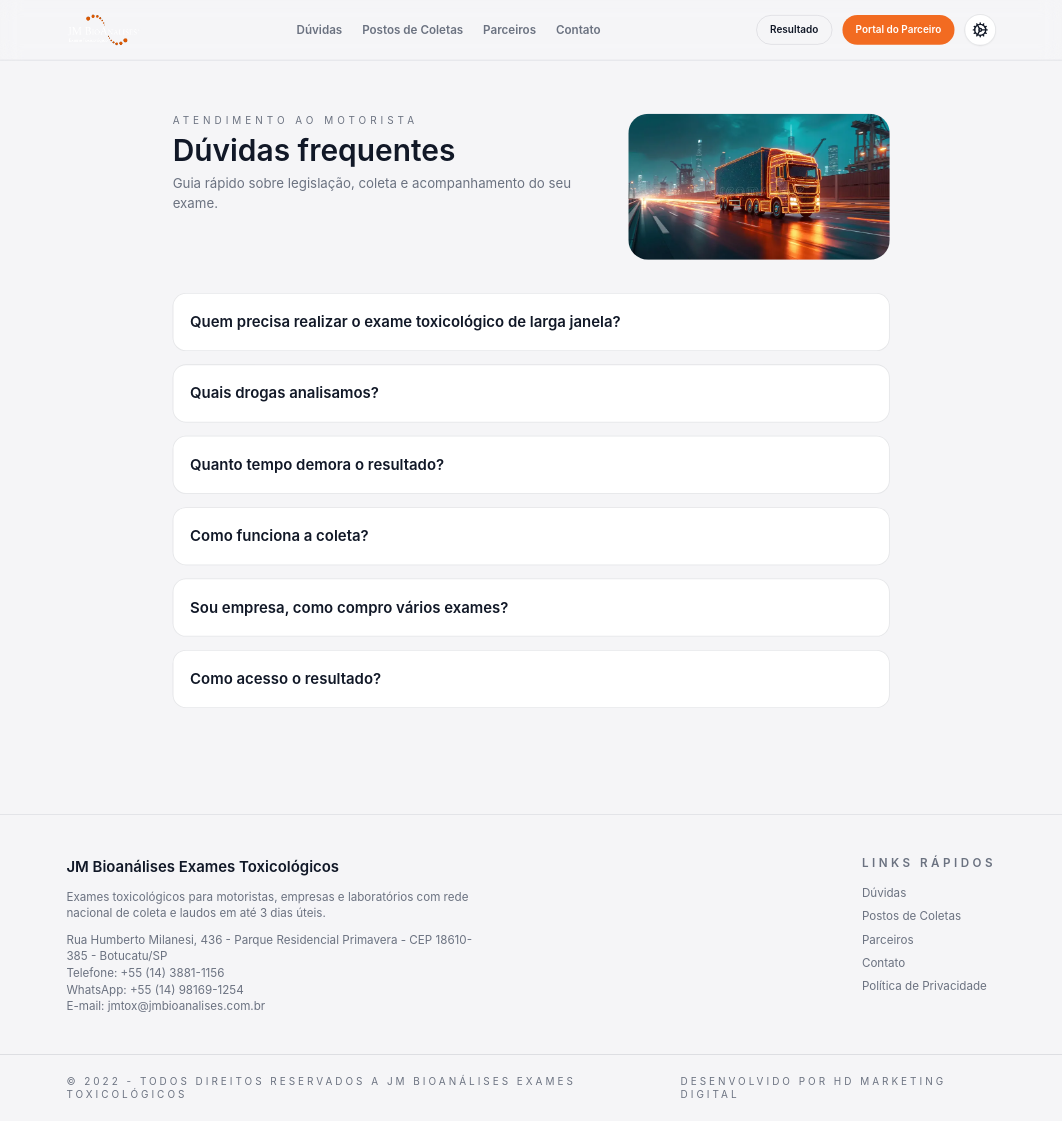
Repository: 1xLab/cat1
Page: /duvidas-frequentes
The author's editor kept a copy of each file at every save. The page is drawn from the files as they stood at one save, then again after the next save.
The browser window is 1280 px wide. The pictures show the whole page, at 83% of full size.
The page's requests for data from a server got no answer. The project was rebuilt for these pictures with package versions that can differ from the ones it lists, and the page was loaded fresh each time. The framework's server and built-in components were replaced by stand-ins that run in the browser. No one was signed in, and anything a server would have sent is missing. Also part of the build but not shown: next.config.ts.

Above is the page before, as saved 2025-11-19 21:20:09.

### src/app/layout.tsx
import type { Metadata } from "next";
import { Geist, Geist_Mono } from "next/font/google";
import "./globals.css";

import { Header } from "@/components/layout/header";
import { Footer } from "@/components/layout/footer";
import { baseMetadata } from "@/lib/seo";
import { LabSchema } from "@/components/seo/lab-schema";
import { TagManager } from "@/components/analytics/tag-manager";

const geistSans = Geist({
  variable: "--font-geist-sans",
  subsets: ["latin"],
});

const geistMono = Geist_Mono({
  variable: "--font-geist-mono",
  subsets: ["latin"],
});

export const metadata: Metadata = baseMetadata;

export default function RootLayout({
  children,
}: Readonly<{
  children: React.ReactNode;
}>) {
  return (
    <html lang="pt-BR" data-theme="sunrise">
      <body className={`${geistSans.variable} ${geistMono.variable} antialiased`}>
        <TagManager />
        <LabSchema />
        <Header />
        <main className="min-h-screen bg-[var(--color-bg)] text-[var(--color-text)]">
          {children}
        </main>
        <Footer />
      </body>
    </html>
  );
}

### src/app/duvidas-frequentes/page.tsx
import Image from "next/image";
import type { Metadata } from "next";

const illustration = "/imagens/caminhao1.jpg";

const faqs = [
  {
    question: "Quem precisa realizar o exame toxicológico de larga janela?",
    answer:
      "Motoristas das categorias C, D e E que vão emitir, renovar ou alterar a CNH e profissionais CLT dessas categorias nos processos de admissão e desligamento previstos na Lei do Motorista (Lei 13.103/15) e Portaria 116 do Ministério do Trabalho.",
  },
  {
    question: "Quais drogas analisamos?",
    answer:
      "Seguimos o painel exigido pelo DENATRAN: cocaína e derivados, maconha e derivados, anfetaminas, metanfetaminas, ecstasy (MDMA/MDA), opiáceos (codeína, morfina, heroína) e anorexígenos (anfetamina, mazindol, femproporex).",
  },
  {
    question: "Quanto tempo demora o resultado?",
    answer:
      "Após a amostra chegar ao laboratório liberamos o laudo digital em até 3 dias úteis. Em regiões remotas ou com alto volume o prazo pode chegar a 5 dias úteis, mas sempre informamos o status no portal.",
  },
  {
    question: "Como funciona a coleta?",
    answer:
      "Coletamos preferencialmente cabelo com pelo menos 4 cm próximo à raiz. Se o motorista estiver sem cabelo suficiente usamos pelos do corpo (axila, tórax, pernas etc.). A ausência total de pelos inviabiliza o exame.",
  },
  {
    question: "Sou empresa, como compro vários exames?",
    answer:
      "Entre em contato com nosso time comercial para planos corporativos. Entregamos vouchers centralizados, relatórios para o CAGED e suporte para auditorias de segurança.",
  },
  {
    question: "Como acesso o resultado?",
    answer:
      "Use o botão Resultado no topo do site, informe CPF e senha e acompanhe o status. Também enviamos alertas por e-mail e WhatsApp quando o laudo está disponível.",
  },
];

export const metadata: Metadata = {
  title: "Dúvidas frequentes | JM Tox",
};

export default function DuvidasPage() {
  return (
    <section className="mx-auto max-w-4xl px-4 py-16">
      <div className="grid gap-6 md:grid-cols-[1fr_0.6fr]">
        <div className="space-y-2">
          <p className="text-xs uppercase tracking-[0.4em] text-[var(--color-text-muted)]">
            Atendimento ao motorista
          </p>
          <h1 className="text-4xl font-semibold text-[var(--color-text)]">
            Dúvidas frequentes
          </h1>
          <p className="text-[var(--color-text-muted)]">
            Guia rápido sobre legislação, coleta e acompanhamento do seu exame.
          </p>
        </div>
        <div className="relative h-44 rounded-3xl">
          <Image
            src={illustration}
            alt="Ilustração de caminhão à noite"
            fill
            className="rounded-3xl object-cover"
            sizes="(min-width: 768px) 250px, 100vw"
          />
        </div>
      </div>
      <div className="mt-10 space-y-4">
        {faqs.map((faq) => (
          <details
            key={faq.question}
            className="rounded-2xl border border-[var(--color-outline)] bg-[var(--color-surface)] p-5"
          >
            <summary className="cursor-pointer list-none text-lg font-semibold text-[var(--color-text)]">
              {faq.question}
            </summary>
            <p className="mt-3 text-sm text-[var(--color-text-muted)]">
              {faq.answer}
            </p>
          </details>
        ))}
      </div>
    </section>
  );
}

### src/app/globals.css
@tailwind base;
@tailwind components;
@tailwind utilities;

:root {
  --color-bg: #f5f5f7;
  --color-surface: #ffffff;
  --color-text: #111827;
  --color-text-muted: #6b7280;
  --color-primary: #f26b21;
  --color-primary-dark: #c65310;
  --color-header: #050608;
  --color-outline: rgba(15, 23, 42, 0.1);
}

[data-theme="sunrise"] {
  --color-bg: #f5f5f7;
  --color-surface: #ffffff;
  --color-text: #111827;
  --color-text-muted: #6b7280;
  --color-primary: #f26b21;
  --color-primary-dark: #c65310;
  --color-header: #050608;
}

[data-theme="midnight"] {
  --color-bg: #050608;
  --color-surface: #111827;
  --color-text: #f9fafb;
  --color-text-muted: #9ca3af;
  --color-primary: #f26b21;
  --color-primary-dark: #f26b21;
  --color-header: #000000;
  --color-outline: rgba(255, 255, 255, 0.1);
}

[data-theme="clinical"] {
  --color-bg: #f3f6fb;
  --color-surface: #ffffff;
  --color-text: #0f172a;
  --color-text-muted: #3f4d63;
  --color-primary: #2563eb;
  --color-primary-dark: #1d4ed8;
  --color-header: #0f172a;
  --color-outline: rgba(15, 23, 42, 0.08);
}

[data-theme="high-contrast"] {
  --color-bg: #000000;
  --color-surface: #000000;
  --color-text: #ffffff;
  --color-text-muted: #f3f4f6;
  --color-primary: #ffbf00;
  --color-primary-dark: #f59e0b;
  --color-header: #000000;
  --color-outline: rgba(255, 255, 255, 0.2);
}

[data-theme="dark"] {
  --color-bg: #111436;
  --color-surface: rgba(255, 255, 255, 0.08);
  --color-text: #fefefe;
  --color-text-muted: #d4ddff;
  --color-primary: #f97316;
  --color-primary-dark: #ea580c;
  --color-header: rgba(17, 20, 54, 0.9);
  --color-outline: rgba(255, 255, 255, 0.2);
}

@layer base {
  * {
    box-sizing: border-box;
  }

  body {
    background: var(--color-bg);
    color: var(--color-text);
    font-family: "Inter", system-ui, -apple-system, BlinkMacSystemFont,
      "Segoe UI", sans-serif;
    min-height: 100vh;
  }
}

@layer utilities {
  .text-balance {
    text-wrap: balance;
  }

  .glass-panel {
    background: color-mix(in srgb, var(--color-surface) 90%, transparent);
    backdrop-filter: blur(18px);
    border: 1px solid color-mix(in srgb, var(--color-outline) 80%, transparent);
    border-radius: 1.5rem;
    box-shadow: 0 15px 45px rgba(15, 23, 42, 0.12);
  }
}

### src/components/layout/header.tsx
import Image from "next/image";
import Link from "next/link";
import { ThemeSwitcher } from "@/components/theme-switcher";
import { Button } from "@/components/ui/button";

const navItems = [
  { label: "Dúvidas", href: "/duvidas-frequentes" },
  { label: "Postos de Coletas", href: "/postos-de-coletas" },
  { label: "Parceiros", href: "/parceiros" },
  { label: "Contato", href: "/contato" },
];

export function Header() {
  return (
    <header className="sticky top-0 z-40 border-b border-[var(--color-outline)] bg-[var(--color-header)]/15 backdrop-blur-md">
      <div className="container mx-auto flex max-w-6xl items-center justify-between gap-4 px-4 py-4">
        <Link href="/" className="flex items-center gap-3">
          <Image
            src="/logo-jm-bioanalises-branco.png"
            alt="JM Bioanálises"
            width={150}
            height={42}
            className="h-10 w-auto"
            priority
          />
          <span className="sr-only">JM Bioanálises</span>
        </Link>
        <nav className="hidden items-center gap-6 text-sm font-semibold text-[var(--color-text-muted)] lg:flex">
          {navItems.map((item) => (
            <Link
              key={item.href}
              href={item.href}
              className="transition hover:text-[var(--color-text)]"
            >
              {item.label}
            </Link>
          ))}
        </nav>
        <div className="flex items-center gap-3">
          <Button asChild variant="outline" size="sm">
            <Link href="/duvidas-frequentes#resultado-online">Resultado</Link>
          </Button>
          <Button asChild size="sm">
            <Link href="/parceiros">Portal do Parceiro</Link>
          </Button>
          <ThemeSwitcher />
        </div>
      </div>
      <div className="border-t border-[var(--color-outline)] bg-[var(--color-header)] px-4 py-3 lg:hidden">
        <nav className="flex flex-wrap gap-3 text-sm font-semibold text-[var(--color-text-muted)]">
          {navItems.map((item) => (
            <Link
              key={item.href}
              href={item.href}
              className="rounded-full border border-gray-600 px-3 py-1 transition hover:border-[var(--color-primary)] hover:text-white"
            >
              {item.label}
            </Link>
          ))}
        </nav>
      </div>
    </header>
  );
}

### src/components/layout/footer.tsx
import Link from "next/link";

import { siteConfig } from "@/lib/site";

const quickLinks = [
  { label: "Dúvidas", href: "/duvidas-frequentes" },
  { label: "Postos de Coletas", href: "/postos-de-coletas" },
  { label: "Parceiros", href: "/parceiros" },
  { label: "Contato", href: "/contato" },
  { label: "Política de Privacidade", href: "/politica-de-privacidade" },
];

export function Footer() {
  return (
    <footer className="mt-16 border-t border-[var(--color-outline)] bg-[var(--color-surface)]/95">
      <div className="mx-auto flex max-w-6xl flex-col gap-8 px-4 py-12 md:flex-row md:justify-between">
        <div className="max-w-lg space-y-3">
          <p className="text-lg font-semibold text-[var(--color-text)]">
            {siteConfig.name}
          </p>
          <p className="text-sm text-[var(--color-text-muted)]">
            {siteConfig.description}
          </p>
          <div className="text-sm text-[var(--color-text-muted)]">
            <p>{siteConfig.address}</p>
            <p>Telefone: {siteConfig.contacts.phone}</p>
            <p>WhatsApp: {siteConfig.contacts.mobile}</p>
            <p>E-mail: {siteConfig.contacts.email}</p>
          </div>
        </div>
        <div>
          <p className="text-sm font-semibold uppercase tracking-[0.3em] text-[var(--color-text-muted)]">
            Links rápidos
          </p>
          <ul className="mt-4 space-y-2 text-sm">
            {quickLinks.map((link) => (
              <li key={link.href}>
                <Link
                  href={link.href}
                  className="text-[var(--color-text-muted)] transition hover:text-[var(--color-text)]"
                >
                  {link.label}
                </Link>
              </li>
            ))}
          </ul>
        </div>
      </div>
      <div className="border-t border-[var(--color-outline)]">
        <div className="mx-auto flex max-w-6xl flex-col gap-2 px-4 py-6 text-xs uppercase tracking-[0.3em] text-[var(--color-text-muted)] md:flex-row md:items-center md:justify-between">
          <p>
            © 2022 - Todos Direitos Reservados a JM Bioanálises Exames Toxicológicos
          </p>
          <p>Desenvolvido por HD Marketing Digital</p>
        </div>
      </div>
    </footer>
  );
}

### src/lib/seo.ts
import type { Metadata } from "next";
import { siteConfig } from "./site";

type SEOParams = {
  title?: string;
  description?: string;
  path?: string;
};

export const baseMetadata: Metadata = {
  metadataBase: new URL(siteConfig.url),
  title: {
    default: `${siteConfig.name} | Laboratório de Toxicologia`,
    template: `%s | ${siteConfig.name}`,
  },
  description: siteConfig.description,
  openGraph: {
    type: "website",
    url: siteConfig.url,
    title: siteConfig.name,
    description: siteConfig.description,
    images: [
      {
        url: siteConfig.ogImage,
        width: 1200,
        height: 630,
        alt: siteConfig.name,
      },
    ],
  },
  twitter: {
    card: "summary_large_image",
    title: siteConfig.name,
    description: siteConfig.description,
    images: [siteConfig.ogImage],
  },
  icons: {
    icon: "/favicon.ico",
  },
};

export const generatePageMetadata = ({
  title,
  description,
  path = "",
}: SEOParams): Metadata => ({
  ...baseMetadata,
  title,
  description,
  alternates: {
    canonical: path ? `${siteConfig.url}${path}` : siteConfig.url,
  },
});

### src/components/seo/lab-schema.tsx
export function LabSchema() {
  const jsonLd = {
    "@context": "https://schema.org",
    "@type": "MedicalOrganization",
    name: "JM Bioanálises Exames Toxicológicos",
    url: "https://jmtox.com.br",
    address: {
      "@type": "PostalAddress",
      streetAddress:
        "Rua Humberto Milanesi, 436 - Parque Residencial Primavera",
      addressLocality: "Botucatu",
      addressRegion: "SP",
      postalCode: "18610-385",
      addressCountry: "BR",
    },
    contactPoint: {
      "@type": "ContactPoint",
      telephone: "+55-14-3881-1156",
      contactType: "customer service",
      availableLanguage: ["Portuguese", "English"],
    },
    sameAs: ["https://www.linkedin.com/company/jmbioanalises"],
    medicalSpecialty: ["Toxicologic"],
  };

  return (
    <script
      type="application/ld+json"
      dangerouslySetInnerHTML={{ __html: JSON.stringify(jsonLd) }}
    />
  );
}

### src/components/analytics/tag-manager.tsx
"use client";

import Script from "next/script";

export function TagManager() {
  const id = process.env.NEXT_PUBLIC_GTM_ID;
  if (!id) return null;

  return (
    <>
      <Script id="gtm-loader">
        {`
          (function(w,d,s,l,i){w[l]=w[l]||[];w[l].push({'gtm.start':
          new Date().getTime(),event:'gtm.js'});var f=d.getElementsByTagName(s)[0],
          j=d.createElement(s),dl=l!='dataLayer'?'&l='+l:'';j.async=true;j.src=
          'https://www.googletagmanager.com/gtm.js?id='+i+dl;f.parentNode.insertBefore(j,f);
          })(window,document,'script','dataLayer','${id}');
        `}
      </Script>
      <noscript>
        <iframe
          src={`https://www.googletagmanager.com/ns.html?id=${id}`}
          height="0"
          width="0"
          style={{ display: "none", visibility: "hidden" }}
        />
      </noscript>
    </>
  );
}

### src/components/theme-switcher.tsx
"use client";

import { useEffect, useState } from "react";
import { Cog, Check } from "lucide-react";
import { cn } from "@/lib/utils";

const themes = [
  { id: "sunrise", name: "Sunrise Light", description: "Luz natural com laranja vibrante." },
  { id: "midnight", name: "Midnight Dark", description: "Interface escura para salas de comando." },
  { id: "clinical", name: "Clinical Light", description: "Azul clínico com fundos neutros." },
  { id: "high-contrast", name: "High Contrast", description: "Alto contraste para máxima leitura." },
];

function applyThemeValue(
  value: string,
  setTheme: (theme: string) => void
) {
  const next = themes.find((item) => item.id === value) ? value : "sunrise";
  setTheme(next);
  document.documentElement.setAttribute("data-theme", next);
  try {
    localStorage.setItem("jmbio-theme", next);
  } catch {
    /* ignore */
  }
}

export function ThemeSwitcher() {
  const [open, setOpen] = useState(false);
  const [theme, setTheme] = useState("sunrise");

  useEffect(() => {
    let stored = "sunrise";
    try {
      stored = localStorage.getItem("jmbio-theme") || "sunrise";
    } catch {
      stored = "sunrise";
    }
    applyThemeValue(stored, setTheme);
  }, []);

  function apply(value: string) {
    applyThemeValue(value, setTheme);
  }

  return (
    <div className="relative">
      <button
        aria-label="Alterar tema do site"
        className="rounded-full border border-[var(--color-outline)] bg-[var(--color-surface)] p-2 text-[var(--color-text)] shadow-sm transition hover:shadow-md"
        onClick={() => setOpen((prev) => !prev)}
      >
        <Cog className="h-5 w-5" />
      </button>
      {open && (
        <div className="absolute right-0 z-50 mt-3 w-64 rounded-2xl border border-[var(--color-outline)] bg-[var(--color-surface)] p-4 shadow-xl">
          <p className="text-xs font-semibold uppercase tracking-[0.3em] text-[var(--color-text-muted)]">
            Temas
          </p>
          <div className="mt-3 space-y-2">
            {themes.map((item) => (
              <button
                key={item.id}
                className={cn(
                  "flex w-full items-start gap-2 rounded-2xl border border-transparent p-3 text-left transition hover:border-[var(--color-outline)]",
                  theme === item.id && "border-[var(--color-primary)] bg-[var(--color-primary)]/10"
                )}
                onClick={() => apply(item.id)}
              >
                <span className="mt-1 text-[var(--color-primary)]">
                  {theme === item.id ? <Check className="h-4 w-4" /> : <span className="block h-4 w-4 rounded-full border border-[var(--color-outline)]" />}
                </span>
                <span>
                  <span className="font-semibold text-[var(--color-text)]">{item.name}</span>
                  <span className="block text-xs text-[var(--color-text-muted)]">{item.description}</span>
                </span>
              </button>
            ))}
          </div>
        </div>
      )}
    </div>
  );
}

### src/components/ui/button.tsx
"use client";

import * as React from "react";
import { Slot } from "@radix-ui/react-slot";
import { cva, type VariantProps } from "class-variance-authority";

import { cn } from "@/lib/utils";

const buttonVariants = cva(
  "inline-flex items-center justify-center whitespace-nowrap rounded-full text-sm font-semibold transition focus-visible:outline-none focus-visible:ring-2 focus-visible:ring-[var(--color-primary)] disabled:pointer-events-none disabled:opacity-60",
  {
    variants: {
      variant: {
        default:
          "bg-[var(--color-primary)] text-white hover:bg-[var(--color-primary-dark)]",
        secondary:
          "bg-[var(--color-surface)] text-[var(--color-text)] border border-[var(--color-outline)] hover:border-[var(--color-primary)]",
        outline:
          "border border-[var(--color-outline)] text-[var(--color-text)] hover:border-[var(--color-primary)] hover:text-[var(--color-text)]",
        ghost: "text-[var(--color-text)] hover:bg-[var(--color-outline)]/30",
        link: "underline-offset-4 text-[var(--color-primary)] hover:underline",
      },
      size: {
        default: "h-11 px-6",
        sm: "h-9 px-4 text-xs",
        lg: "h-12 px-8 text-base",
        icon: "h-10 w-10",
      },
    },
    defaultVariants: {
      variant: "default",
      size: "default",
    },
  }
);

export interface ButtonProps
  extends React.ButtonHTMLAttributes<HTMLButtonElement>,
    VariantProps<typeof buttonVariants> {
  asChild?: boolean;
}

const Button = React.forwardRef<HTMLButtonElement, ButtonProps>(
  ({ className, variant, size, asChild = false, ...props }, ref) => {
    const Comp = asChild ? Slot : "button";
    return (
      <Comp
        className={cn(buttonVariants({ variant, size, className }))}
        ref={ref}
        {...props}
      />
    );
  }
);
Button.displayName = "Button";

export { Button, buttonVariants };

### src/lib/site.ts
export const siteConfig = {
  name: "JM Bioanálises Exames Toxicológicos",
  description:
    "Exames toxicológicos para motoristas, empresas e laboratórios com rede nacional de coleta e laudos em até 3 dias úteis.",
  url: "https://jmtox.com.br",
  ogImage: "/logo-jm-bioanalises-branco.png",
  social: {
    linkedin: "https://www.linkedin.com/company/jmbioanalises",
    whatsapp: "https://api.whatsapp.com/send?phone=5514981691254",
  },
  contacts: {
    phone: "+55 (14) 3881-1156",
    mobile: "+55 (14) 98169-1254",
    email: "jmtox@jmbioanalises.com.br",
  },
  address:
    "Rua Humberto Milanesi, 436 - Parque Residencial Primavera - CEP 18610-385 - Botucatu/SP",
};

export type SiteConfig = typeof siteConfig;

### src/lib/utils.ts
import { type ClassValue, clsx } from "clsx";
import { twMerge } from "tailwind-merge";

export function cn(...inputs: ClassValue[]) {
  return twMerge(clsx(inputs));
}

export function formatPhone(phone: string) {
  const digits = phone.replace(/\D/g, "");
  const match = digits.match(/^(\d{2})(\d{5})(\d{4})$/);
  if (!match) return phone;
  return `(${match[1]}) ${match[2]}-${match[3]}`;
}

export function slugify(value: string) {
  return value
    .toLowerCase()
    .normalize("NFD")
    .replace(/[\u0300-\u036f]/g, "")
    .replace(/[^a-z0-9]+/g, "-")
    .replace(/(^-|-$)+/g, "");
}

export function formatIsoDate(date: string) {
  return new Date(date).toLocaleDateString("pt-BR", {
    day: "2-digit",
    month: "short",
    year: "numeric",
  });
}

### tailwind.config.ts
import type { Config } from "tailwindcss";
import { fontFamily } from "tailwindcss/defaultTheme";
import animate from "tailwindcss-animate";

const config: Config = {
  darkMode: ["class"],
  content: ["./src/**/*.{ts,tsx}"],
  theme: {
    container: {
      center: true,
      padding: {
        DEFAULT: "1.5rem",
        md: "2rem",
      },
      screens: {
        "2xl": "1320px",
      },
    },
    extend: {
      colors: {
        border: "hsl(var(--border))",
        input: "hsl(var(--input))",
        ring: "hsl(var(--ring))",
        background: "hsl(var(--background))",
        foreground: "hsl(var(--foreground))",
        primary: {
          DEFAULT: "hsl(var(--primary))",
          foreground: "hsl(var(--primary-foreground))",
        },
        secondary: {
          DEFAULT: "hsl(var(--secondary))",
          foreground: "hsl(var(--secondary-foreground))",
        },
        muted: {
          DEFAULT: "hsl(var(--muted))",
          foreground: "hsl(var(--muted-foreground))",
        },
        accent: {
          DEFAULT: "hsl(var(--accent))",
          foreground: "hsl(var(--accent-foreground))",
        },
        destructive: {
          DEFAULT: "hsl(var(--destructive))",
          foreground: "hsl(var(--destructive-foreground))",
        },
        card: {
          DEFAULT: "hsl(var(--card))",
          foreground: "hsl(var(--card-foreground))",
        },
      },
      borderRadius: {
        lg: "var(--radius)",
        md: "calc(var(--radius) - 2px)",
        sm: "calc(var(--radius) - 4px)",
      },
      fontFamily: {
        sans: ["var(--font-geist-sans)", ...fontFamily.sans],
        mono: ["var(--font-geist-mono)", ...fontFamily.mono],
      },
      backgroundImage: {
        "grid-fade":
          "radial-gradient(circle at 20% 20%, hsla(var(--primary),0.25), transparent 55%), radial-gradient(circle at 80% 0%, hsla(var(--accent),0.3), transparent 60%)",
      },
    },
  },
  plugins: [animate],
};

export default config;

After the next save:
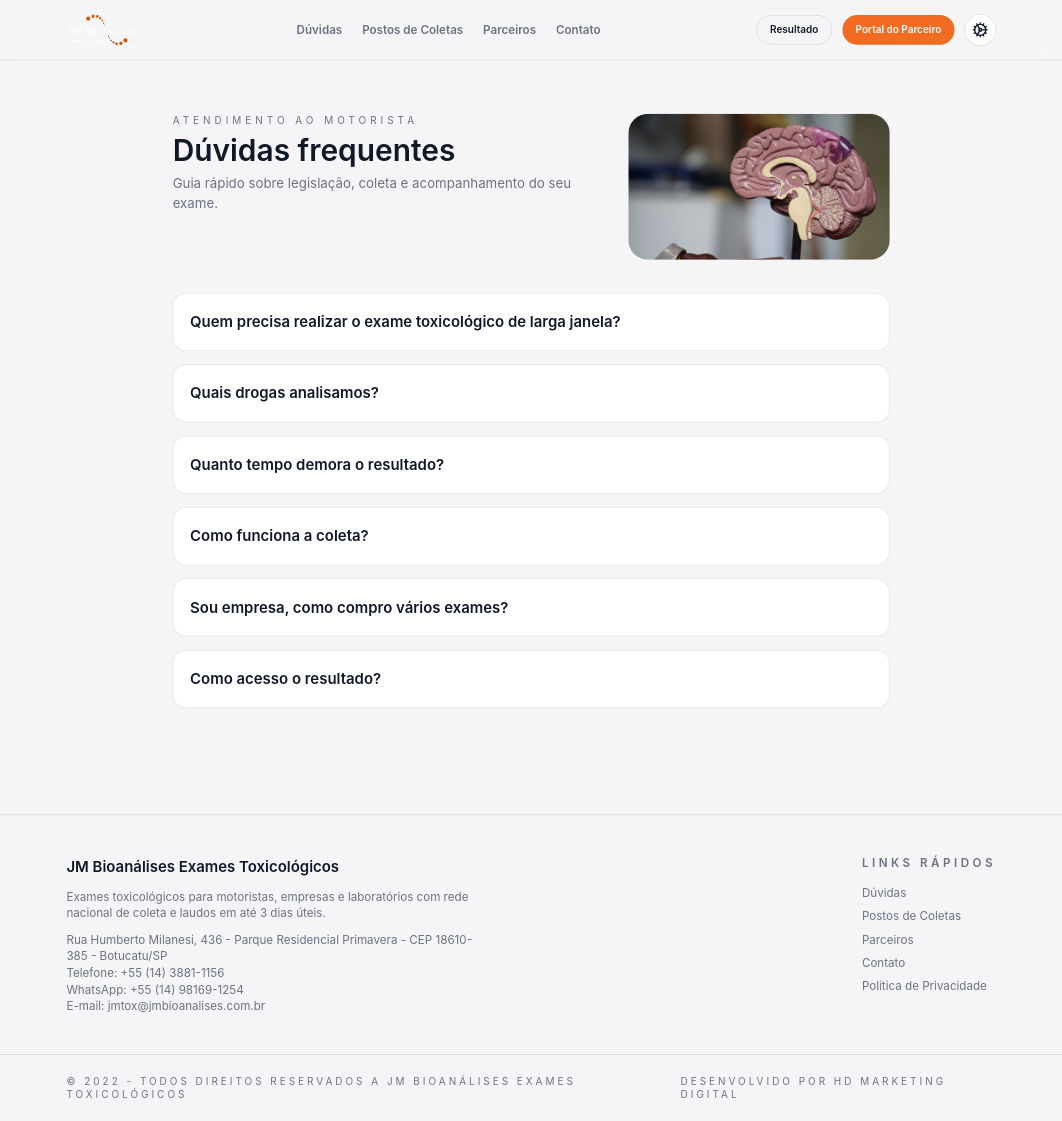
Saved 7 s later.
--- a/src/app/duvidas-frequentes/page.tsx
+++ b/src/app/duvidas-frequentes/page.tsx
@@ -1,7 +1,7 @@
 import Image from "next/image";
 import type { Metadata } from "next";
 
-const illustration = "/imagens/caminhao1.jpg";
+const illustration = "/imagens/illustration-duvidas.jpg";
 
 const faqs = [
   {
